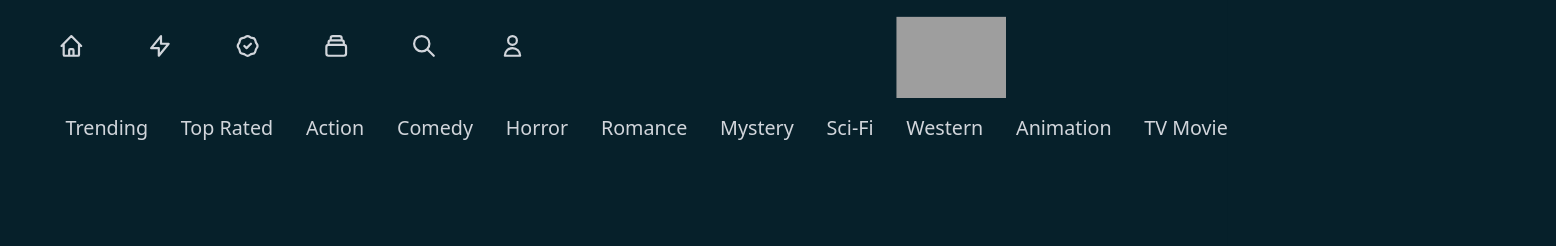
Repository: judahsullivan/hulu-next-clone
Page: /
These files come from the project's save history. The page is drawn as it stood at one moment and after the next save; the edit follows.
The browser window is 1280 px wide. The page is 1497 px wide, then 1897 px, so the pictures cover 1897 px, including what lies to the right of the window. The pictures show the whole page, at 82% of full size.
Pictures or frames that could not be fetched are drawn as grey boxes. The project was rebuilt for these pictures with package versions that can differ from the ones it lists, and the page was loaded fresh each time. The framework's server and built-in components were replaced by stand-ins that run in the browser. Also part of the build but not shown: next.config.js.

Above is the page before, as saved 2022-10-05 12:14:14.

### pages/index.js
import Head from 'next/head'
import Header from '../components/Header'
import Nav from '../components/Nav'

export default function Home() {
  return (
    <div className=''>
      <Head>
        <title>Hulu-Clone App</title>
        <meta name="description" content="Generated by create next app" />
        <link rel="icon" href="/favicon.ico" />
      </Head>


      {/**Header */}
      <Header/>

      {/**Navigation */}
      <Nav/>
    </div>
  )
}

### styles/globals.css
@tailwind base;
@tailwind components;
@tailwind utilities;


@layer base {
  body {
    @apply bg-[#06202A] text-gray-300
  }
}

### components/Header.js
import Image from 'next/image'
import HeaderItems from './HeaderItems'
import {HomeIcon, CollectionIcon, BadgeCheckIcon, LightningBoltIcon, SearchIcon, UserIcon} from '@heroicons/react/outline'

function Header() {
  return (
    <header className=  "flex flex-col md:flex-row m-5 justify-between items-center h-auto">
    <div className='flex flex-grow justify-evenly max-w-2xl'>
        <HeaderItems title="HOME" Icon={HomeIcon}/>
        <HeaderItems title="TRENDING" Icon={LightningBoltIcon}/>
        <HeaderItems title="VERIFIED" Icon={BadgeCheckIcon}/>
        <HeaderItems title="COLLECTION" Icon={CollectionIcon}/>
        <HeaderItems title="SEARCH" Icon={SearchIcon}/>
        <HeaderItems title="ACCOUNT" Icon={UserIcon}/>
    </div>
   <Image
   src='https://links.papareact.com/ua6'
   width={200}
   height={100}
   alt='logo'
   className='object-contain'
   />

    </header>
  )
}

export default Header

### components/Nav.js
import request from "../utils/request"

function Nav() {
  return (
    <nav>
        <div className="flex px-18 sm:px-20 text-2xl whitespace-nowrap space-x-10 md:">
            {Object.entries(request).map(([key,{
                title, url}]) => (
                    <h2 key={key} className='cursor-pointer transition duration-100 transform hover:scale-125 hover:text-white active:text-red-500'>{title}</h2>
                ))}

        </div>


    </nav>
  )
}

export default Nav

### components/HeaderItems.js
import { m } from "framer-motion"




function HeaderItems({Icon, title}) {


  return (
    <div className="flex flex-col items-center cursor-pointer ease-in-out duration-100 group w-12 md:w-20 hover:text-white hover:animate-bounce">
        <Icon
        className='h-8 mb-1 '/>
        <p className=' opacity-0 tracking-widest group-hover:opacity-100'>{title}</p>
    </div>

  )
}

export default HeaderItems

### utils/request.js
const API_KEY = process.env.API_KEY;

export default {
  fetchTrending: {
    title: "Trending",
    url: `/trending/all/week?api_key=${API_KEY}&language=en-US`,
  },
  fetchTopRated: {
    title: "Top Rated",
    url: `/movie/top_rated?api_key=${API_KEY}&language=en-US`,
  },
  fetchActionMovies: {
    title: "Action",
    url: `/discover/movie?api_key=${API_KEY}&with_genres=28`,
  },
  fetchComedyMovies: {
    title: "Comedy",
    url: `/discover/movie?api_key=${API_KEY}&with_genres=35`,
  },
  fetchHorrorMovies: {
    title: "Horror",
    url: `/discover/movie?api_key=${API_KEY}&with_genres=27`,
  },
  fetchRomanceMovies: {
    title: "Romance",
    url: `/discover/movie?api_key=${API_KEY}&with_genres=10749`,
  },
  fetchMystery: {
    title: "Mystery",
    url: `/discover/movie?api_key=${API_KEY}&with_genres=9648`,
  },
  fetchSciFi: {
    title: "Sci-Fi",
    url: `/discover/movie?api_key=${API_KEY}&with_genres=878`,
  },
  fetchWestern: {
    title: "Western",
    url: `/discover/movie?api_key=${API_KEY}&with_genres=37`,
  },
  fetchAnimation: {
    title: "Animation",
    url: `/discover/movie?api_key=${API_KEY}&with_genres=16`,
  },
  fetchTV: {
    title: "TV Movie",
    url: `/discover/movie?api_key=${API_KEY}&with_genres=10770`,
  },
};

### tailwind.config.js
/** @type {import('tailwindcss').Config} */
module.exports = {
  mode: 'jit',
  content: [
    "./pages/**/*.{js,ts,jsx,tsx}",
    "./components/**/*.{js,ts,jsx,tsx}",
  ],
  theme: {
    extend: {},
  },
  plugins: [],
}

Loaded but not shown: pages/_app.js (common file)

After the next save:
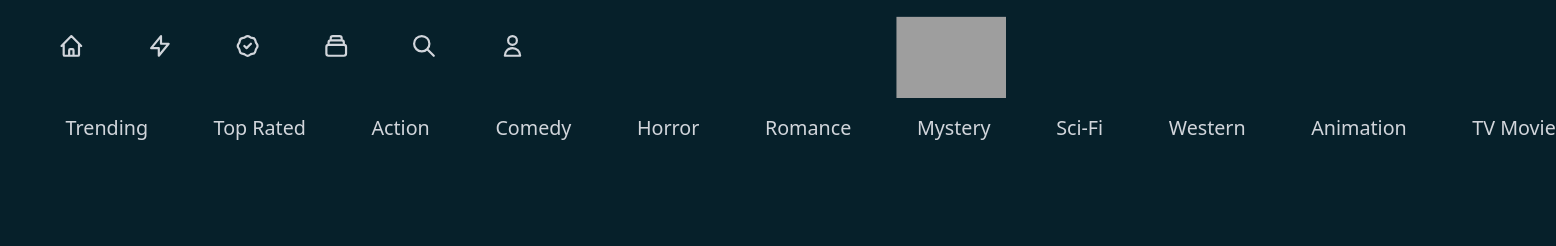
Saved 2 min 9 s later.
--- a/components/Nav.js
+++ b/components/Nav.js
@@ -3,7 +3,7 @@ import request from "../utils/request"
 function Nav() {
   return (
     <nav>
-        <div className="flex px-18 sm:px-20 text-2xl whitespace-nowrap space-x-10 md:">
+        <div className="flex px-18 sm:px-20 text-2xl whitespace-nowrap space-x-10 sm:space-x-20">
             {Object.entries(request).map(([key,{
                 title, url}]) => (
                     <h2 key={key} className='cursor-pointer transition duration-100 transform hover:scale-125 hover:text-white active:text-red-500'>{title}</h2>
